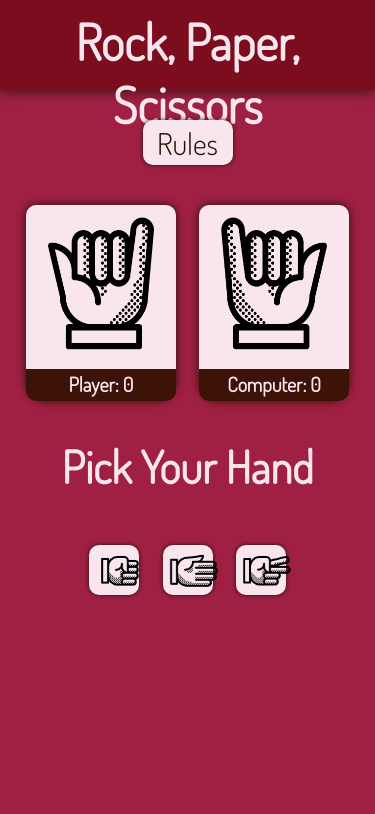
Repository: shayanabedi98/rock-paper-scissors
Page: index.html
The author's editor kept a copy of each file at every save. The page is drawn from the files as they stood at one save, then again after the next save.
The browser window is 375 px wide. The pictures show the whole page.

Above is the page before, as saved 2023-07-21 13:47:21.

### index.html
<!DOCTYPE html>
<html lang="en">
<head>
    <meta charset="UTF-8">
    <meta name="viewport" content="width=device-width, initial-scale=1.0">
    <title>Rock, Paper, Scissors</title>
    <link rel="preconnect" href="https://fonts.googleapis.com">
    <link rel="preconnect" href="https://fonts.gstatic.com" crossorigin>
    <link href="https://fonts.googleapis.com/css2?family=Dosis:wght@300&display=swap" rel="stylesheet">
    <link rel="stylesheet" href="styles.css">
</head>
<body>
    <div class="dark-div">
    </div>
    <div class="header">
        <h1>Rock, Paper, Scissors</h1>
    </div>
    <div class="rules-btn">
        <button>Rules</button>
    </div>
    <div class="container">
        <div class="card">
            <div class="player">
                <img src="resources/startleft.png" alt="Starting image before game">
                <h3>Player: 0</h3>
            </div>
        </div>
        <div class="card">
            <div class="computer">
                <img src="resources/start.png" alt="Starting image before game">
                <h3>Computer: 0</h3>
            </div>
        </div>
    </div>
    <div class="caption">
        <h2>Pick Your Hand</h2>
    </div>
    <div class="button-container">
        <button class="btn" id="rock"><img src="resources/rockleft.png" alt="rock option"></button>
        <button class="btn" id="paper"><img src="resources/paperleft.png" alt="paper option"></button>
        <button class="btn" id="scissors"><img src="resources/scissorsleft.png" alt="scissors option"></button>
    </div>
    <div class="rules">
        <h1>Rules</h1>
        <p>Rock beats Scissors. <br>Paper beats Rock. <br>Scissors beats Paper. <br>You(Player) vs Computer. <br>Best 3/5 wins. <br>Simple enough?</p>
        <button>Close</button>
    </div>
    <script src="index.js"></script>
</body>
</html>

### styles.css
body {
    font-family:'Dosis', sans-serif;
    margin: 0;
    padding: 0;
    background-color: #9F2042;
    color: #F8E5EE;
}

h1 {
    font-size: 60px;
    margin-top: 0;

}

.dark-div {
    background-color: #211103;
    position: absolute;
    z-index: 1;
    width: 100%;
    height: 100%;
    opacity: 0;
    visibility: hidden;
}

.header {
    text-align: center;
    background-color: #7B0D1E;
    height: 120px;
    padding-top: 30px;
    box-shadow: 0 0 12px 0 #211103;
}

.rules-btn {
    text-align: center;
}

.rules-btn button {
    font-family: 'Dosis', sans-serif;
    font-size: 26px;
    background-color: #F8E5EE;
    color: #211103;
    width: 100px;
    height: 50px;
    cursor: pointer;
    border: 0;
    border-radius: 10px;
    box-shadow: 0 0 4px 0 #211103;
    position: absolute;
    margin-top: 250px;
    transform: translateX(-50px);
    text-align: center;
}

.caption {
    text-align: center;
    font-size: 30px;
}

.container {
    text-align: center;
    display: block;
    margin-top: 40px;
}

.card {
    display: inline-block;
    background-color: #F8E5EE;
    box-shadow: 0 0 8px 0 #211103;
    margin: 0 120px;
    border-radius: 10px 10px 20px 20px;
}

.card img {
    height: 350px;
    width: 345px;
}

.card h3 {
    font-size: 40px;
    color: #F8E5EE;
    background-color: #3D1308;
    margin-bottom: 0;
    height: 70px;
    padding-top: 10px;
    border-radius: 0  0 10px 10px;
}

.button-container {
    text-align: center;
    margin-top: 50px;
    height: 161px;
}

#rock, #paper, #scissors {
    font-family: 'Dosis', sans-serif;
    background-color: #F8E5EE;
    color: #211103;
    width: 110px;
    height: 100px;
    cursor: pointer;
    border: 0;
    border-radius: 10px;
    box-shadow: 0 0 4px 0 #211103;
    margin: 0 10px;
}

#rock img, #paper img, #scissors img {
    height: 100px;
}

#rock:hover, #paper:hover, #scissors:hover {
    box-shadow: 0 0 10px 0 #211103;
}

#rock:active, #paper:active, #scissors:active, #rock img:active, #paper img:active, #scissors img:active {
    box-shadow: none;
    height: 99px;
}

.rules {
    background-color: #F8E5EE;
    color: #211103;
    position: absolute;
    box-shadow: 0 0 10px 0 #211103;
    border-radius: 10px;
    text-align: center;
    margin-left: 40%;
    transform: translateY(-700px);
    width: 20%;
    z-index: 2;
    height: 450px;
    opacity: 0;
    visibility: hidden;
}

.rules p {
    font-size: 30px;
}

.rules button {
    font-family: 'Dosis', sans-serif;
    font-size: 26px;
    font-weight: 600;
    background-color: #F8E5EE;
    width: 80px;
    border: 0;
    text-decoration: overline;
    cursor: pointer;
}

.winner {
    text-align: center;
    margin-top: 350px;
}

.winner button {
    font-family: 'Dosis', sans-serif;
    font-size: 40px;
    font-family: 'Dosis', sans-serif;
    background-color: #F8E5EE;
    color: #211103;
    width: 200px;
    height: 100px;
    cursor: pointer;
    border: 0;
    border-radius: 10px;
    box-shadow: 0 0 4px 0 #211103;
}

@media (max-width: 1200px) {

    .rules-btn button {
        margin-top: 150px;
    }

    .card img {
        height: 210px;
        width: 200px;
    }
    .card h3 {
        margin-top: 0;
        font-size: 30px;
    }
}

@media (max-width: 900px) {

    .card {
        margin: 0 70px;
    }

    .card img {
        height: 190px;
        width: 180px;
    }
}

@media (max-width: 680px) {
    .rules-btn button {
        width: 90px;
        height: 45px;
        font-size: 30px;
        transform: none;
        position: relative;
        margin-top: 30px;
    }

    .card {
        margin: 0 40px;
    }
}

@media (max-width: 565px) {

    h1 {
        font-size: 50px;
    }

    .header {
        text-align: center;
        background-color: #7B0D1E;
        height: 80px;
        padding-top: 10px;
        box-shadow: 0 0 12px 0 #211103;
    }

    .card {
        margin: 0 40px;
    }

    .card img {
        height: 160px;
        width: 150px;
    }
    .card h3 {
        font-size: 20px;
        height: 30px;
        padding-top: 2px;
    }
}

@media (max-width: 465px) {

    .card {
        margin: 0 20px;
    }
}

@media (max-width: 400px) {

    .card {
        margin: 0 10px;
    }

    .btn {
        width: 50px !important;
        height: 50px !important;
    }

    .btn img {
        width: 50px;
        height: 50px !important;
    }

}

### index.js
var scoreP = 0;
var scoreC = 0;
var winner = document.querySelector('.winner');
var caption = document.querySelector('.caption h2');
var rock = document.querySelector('#rock');
var paper = document.querySelector('#paper');
var scissors = document.querySelector('#scissors');
var computer = document.querySelector('.computer img');
var player = document.querySelector('.player img');
var btn = document.querySelectorAll('.btn');
var playerPick;
var computerPick;
var rules = document.querySelector('.rules');
var rulesClose = document.querySelector('.rules button');
var rulesButton = document.querySelector('.rules-btn button');
var darkDiv = document.querySelector('.dark-div');

//animations for the rules card
rulesButton.addEventListener('click', function() {
    rules.style.opacity = '100';
    rules.style.transition = "0.5s"
    rules.style.visibility = 'visible';
    darkDiv.style.opacity = '0.5';
    darkDiv.style.transition = "0.5s"
    darkDiv.style.visibility = 'visible';
});

rulesClose.addEventListener('click', function() {
    rules.style.visibility = 'hidden';
    rules.style.opacity = '0';
    rules.style.transition = "0.5s";
    darkDiv.style.visibility = 'hidden';
    darkDiv.style.opacity = '0';
    darkDiv.style.transition = "0.5s";
});

//game mechanics
function rng() {
    return Math.floor(Math.random() * 3) + 1;
};

rock.addEventListener('click', function() {
    player.src = 'resources/rockleft.png';
    playerPick = 'rock';
});
paper.addEventListener('click', function() {
    player.src = 'resources/paperleft.png';
    playerPick = 'paper';
});
scissors.addEventListener('click', function() {
    player.src = 'resources/scissorsleft.png';
    playerPick = 'scissors';
});

for (let i = 0; i < btn.length; i ++){
    btn[i].addEventListener('click', function() {
        rng();
        if (rng() === 1) {
            computer.src = 'resources/rock.png';
            computerPick = 'rock';
        } else if (rng() === 2) {
            computer.src = 'resources/paper.png';
            computerPick = 'paper';
        } else if (rng() === 3) {
            computer.src = 'resources/scissors.png';
            computerPick = 'scissors';
        }

        if (playerPick === computerPick) {
            caption.innerHTML = 'Tie!';
        }

        else if ((playerPick === 'rock' && computerPick === 'paper') || (playerPick === 'scissors' && computerPick === 'rock') || (playerPick === 'paper' && computerPick === 'scissors')) {
            caption.innerHTML = 'Point for Computer!';
            scoreC ++;
        }

        else if ((playerPick === 'rock' && computerPick === 'scissors') || (playerPick === 'scissors' && computerPick === 'paper') || (playerPick === 'paper' && computerPick === 'rock')) {
            caption.innerHTML = 'Point for Player!';
            scoreP ++;
        }

        document.querySelector('.player h3').innerHTML = 'Player: ' + scoreP;
        document.querySelector('.computer h3').innerHTML = 'Computer: ' + scoreC;

        if (scoreC === 3) {
            window.location.replace('./loser.html');
        } else if (scoreP === 3) {
            window.location.replace('./winner.html');

        }
    });
};

function playAgain() {
    window.location.replace('./index.html');
};

After the next save:
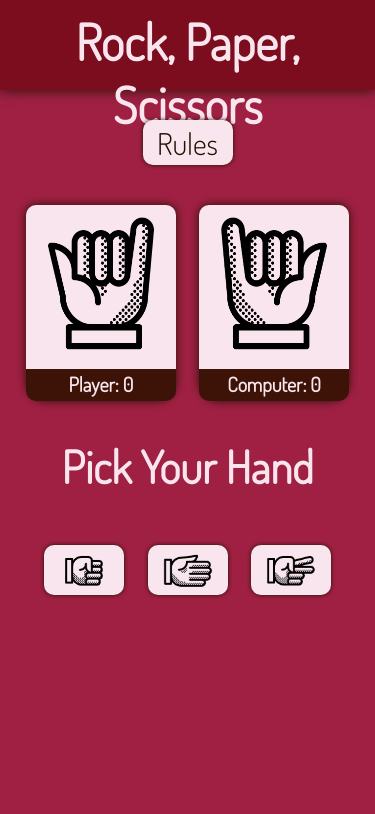
Saved 5 s later.
--- a/styles.css
+++ b/styles.css
@@ -253,7 +253,7 @@ h1 {
     }
 
     .btn {
-        width: 50px !important;
+        width: 80px !important;
         height: 50px !important;
     }
 
